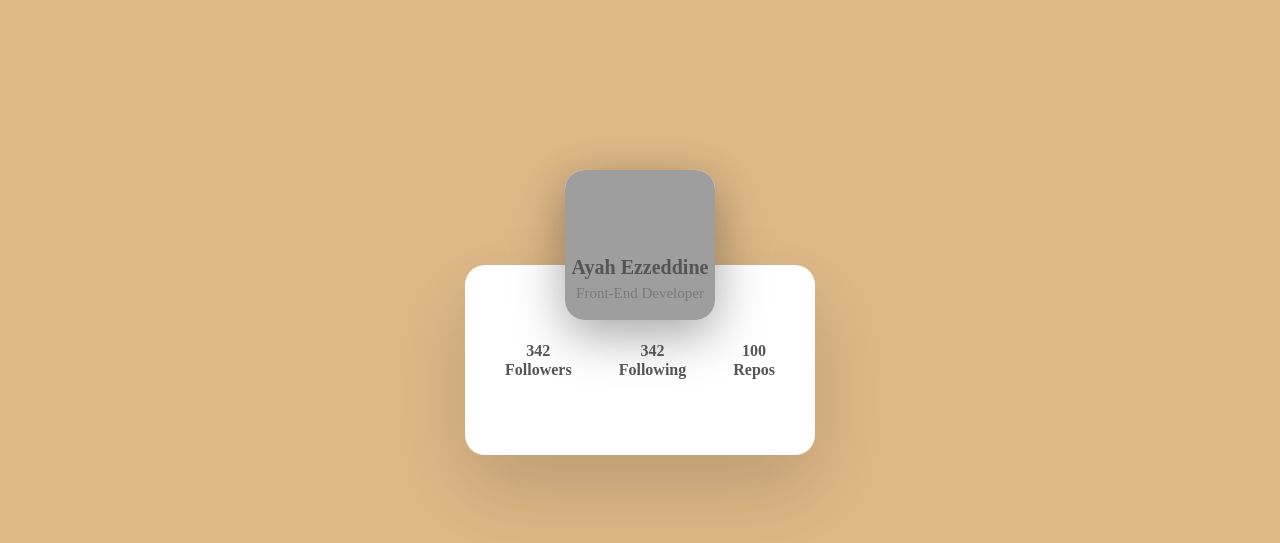
Repository: ayah1996/Github-Profiles
Page: index.html
The author's editor kept a copy of each file at every save. The page is drawn from the files as they stood at one save, then again after the next save.
The browser window is 1280 px wide. The pictures show the whole page.
Pictures or frames that could not be fetched are drawn as grey boxes. The page's requests for data from a server got no answer.

Above is the page before, as saved 2023-01-26 14:20:56.

### index.html
<!DOCTYPE html>
<html lang="en">
  <head>
    <meta charset="UTF-8" />
    <meta http-equiv="X-UA-Compatible" content="IE=edge" />
    <meta name="viewport" content="width=device-width, initial-scale=1.0" />
    <link rel="stylesheet" href="style.css" />
    <script src="script.js" defer></script>
    <title>Github Profile</title>
  </head>
  <body>
    <!-- <form id="form">
      <input type="text" id="search" placeholder="Search A Github User ..." />
    </form> -->
    <main id="main">
      <div class="card">
        <div class="imgBox">
          <img src="unnamed.jpg" alt="profile Image" />
        </div>
        <div class="content">
          <div class="details">
            <h2>Ayah Ezzeddine <br /><span> Front-End Developer </span></h2>
            <div class="data">
              <h3>342<br /><span>Followers</span></h3>
              <h3>342<br /><span>Following</span></h3>
              <h3>100<br /><span>Repos</span></h3>
            </div>
          </div>
        </div>
      </div>
    </main>
  </body>
</html>

### style.css
* {
  box-sizing: border-box;
}

body {
  margin: 0;
}

#main {
  display: flex;
  justify-content: center;
  align-items: center;
  min-height: 100vh;
  background-color: burlywood;
}

.card {
  position: relative;
  width: 350px;
  height: 190px;
  /* height: 450px; */
  background-color: #fff;
  border-radius: 20px;
  box-shadow: 0 35px 80px rgba(0, 0, 0, 0.15);
  transition: 0.5s;
}

.card:hover {
  height: 450px;
}

.imgBox {
  position: absolute;
  left: 50%;
  top: -50%;
  transform: translateX(-50%);
  width: 150px;
  height: 150px;
  background-color: #fff;
  border-radius: 20px;
  box-shadow: 0 15px 50px rgba(0, 0, 0, 0.35);
  overflow: hidden;
  transition: 0.5s;
}
.card:hover .imgBox {
  width: 250px;
  height: 250px;
}
.imgBox img {
  position: absolute;
  top: 0;
  left: 0;
  width: 100%;
  height: 100%;
  -o-object-fit: cover;
  object-fit: cover;
}

.card .content {
  position: absolute;
  width: 100%;
  height: 100%;
  display: flex;
  justify-content: center;
  align-items: flex-end;
}

.card .details {
  width: 100%;
  padding: 40px;
  text-align: center;
  transition: 0.5s;
}

.card .details h2 {
  font-size: 1.25em;
  font-weight: 600;
  color: #555;
  line-height: 1.2em;
}

.card .details h2 span {
  font-size: 0.75em;
  font-weight: 500;
  opacity: 0.5;
}

.card .details .data {
  display: flex;
  justify-content: space-between;
  margin: 20px 0;
}

.card .details .data h3 {
  font-size: 1em;
  color: #555;
  line-height: 1.2em;
  font-weight: 600;
}

### script.js
const APIURL = "https://api.github.com/users/";

const main = document.getElementById("main");
const form = document.getElementById("form");
const search = document.getElementById("search");

getUser("ayah1996");

async function getUser(username) {
  const response = await fetch(APIURL + username);
  const data = await response.json();

  createUserCard(data);
  getRepos(username);
}

async function getRepos(username) {
  const response = await fetch(APIURL + username + "/repos");
  const data = await response.json();

  addReposToCard(data);
}

function createUserCard(user) {
  const cardHTML = ``;
}

After the next save:
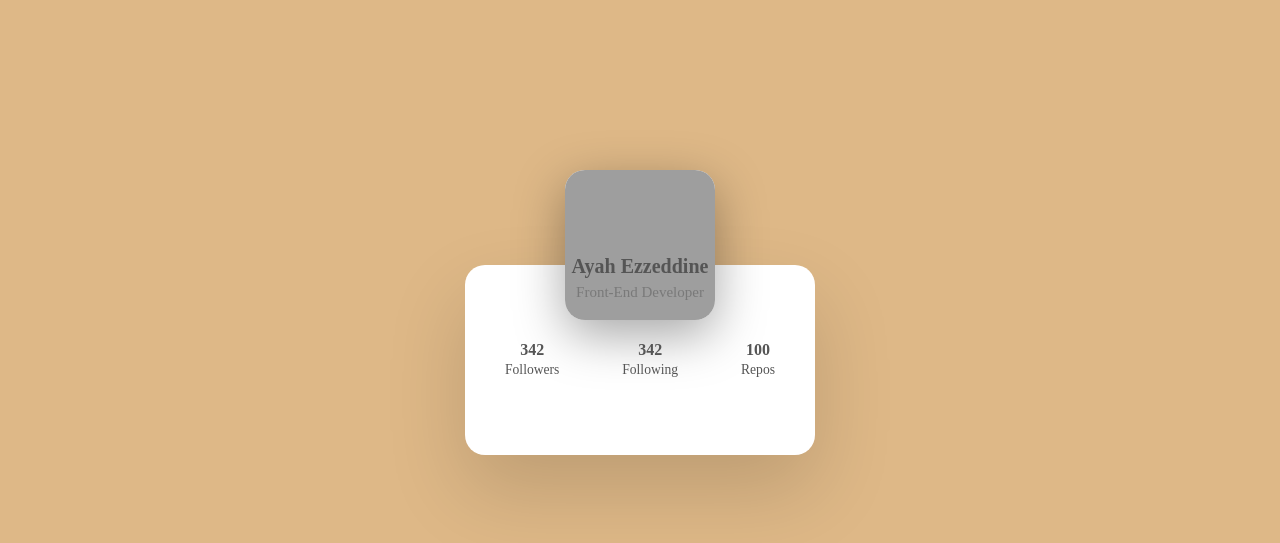
Saved 64 s later.
--- a/style.css
+++ b/style.css
@@ -97,3 +97,7 @@ body {
   line-height: 1.2em;
   font-weight: 600;
 }
+.card .details .data h3 span {
+  font-size: 0.85em;
+  font-weight: 400;
+}
